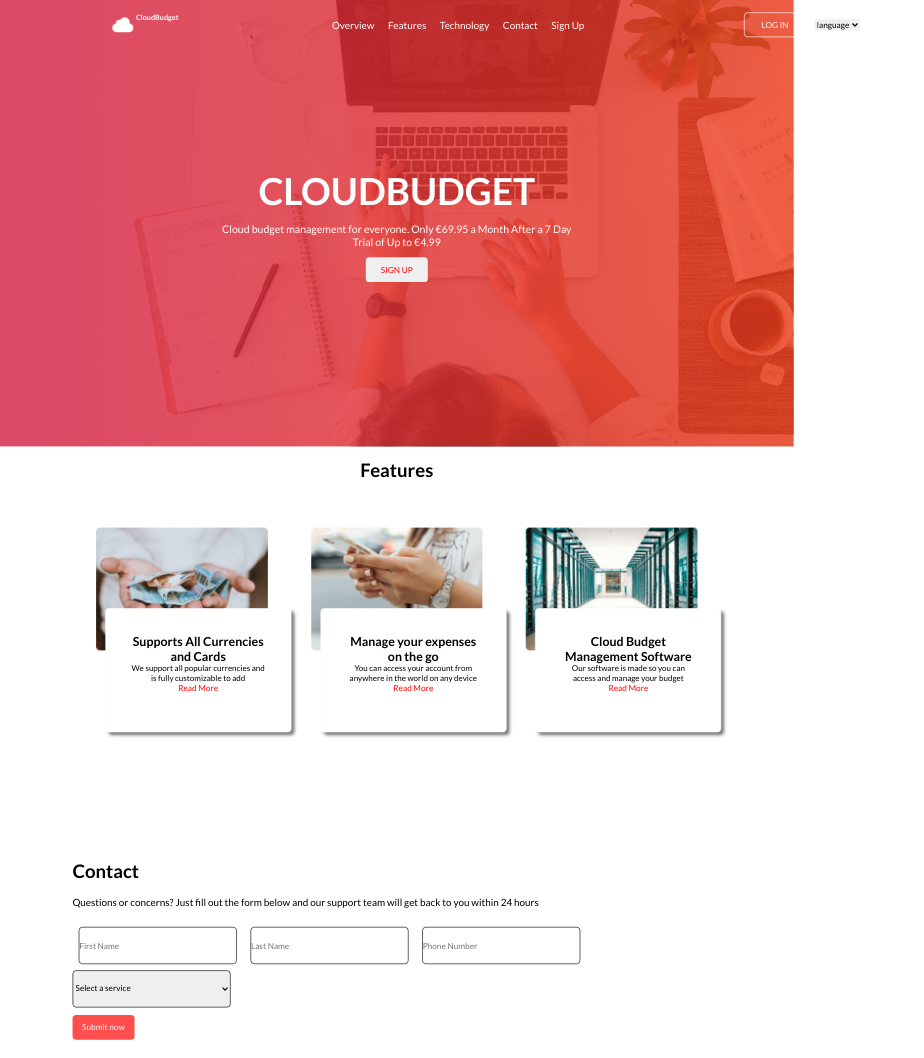
Repository: havvanurrana/website3
Page: index.html
The author's editor kept a copy of each file at every save. The page is drawn from the files as they stood at one save, then again after the next save.
The browser window is 1280 px wide. The page is 1490 px wide, so the pictures cover 1490 px, including what lies to the right of the window. The pictures show the whole page, at 62% of full size.

Above is the page before, as saved 2024-08-01 20:55:01.

### index.html
<!DOCTYPE html>
<html lang="tr">
  <head>
    <meta charset="UTF-8" />
    <meta name="viewport" content="width=device-width, initial-scale=1.0" />
    <title>CloudBudget</title>
    <link rel="stylesheet" href="style.css" />
    <link
      rel="stylesheet"
      href="https://cdnjs.cloudflare.com/ajax/libs/font-awesome/6.5.2/css/all.min.css"
      integrity="sha512-SnH5WK+bZxgPHs44uWIX+LLJAJ9/2PkPKZ5QiAj6Ta86w+fsb2TkcmfRyVX3pBnMFcV7oQPJkl9QevSCWr3W6A=="
      crossorigin="anonymous"
      referrerpolicy="no-referrer"
    />
    <link
      href="https://fonts.googleapis.com/css2?family=Lato:wght@400;700&display=swap"
      rel="stylesheet"
    />
  </head>
  <body>
    <section class="overview-section">
        <div class="linear-gradient"></div>
        <div class="content">
            <h3>CLOUDBUDGET</h3>
            <p>
                Cloud budget management for everyone. Only €69.95 a Month After a 7
                Day Trial of Up to €4.99
            </p>
            <button>SIGN UP</button>
        </div>
    </section>
    <header class="header-menu">
        <div class="markaamblem">
            <img src="assets/cloud.png" />
            <h3>CloudBudget</h3>
        </div>
        <nav class="navbar">
            <a href="#" class="navbarsect">Overview</a>
            <a href="#" class="navbarsect">Features</a>
            <a href="#" class="navbarsect">Technology</a>
            <a href="#" class="navbarsect">Contact</a>
            <a href="#" class="navbarsect">Sign Up</a>
        </nav>
        <div class="buttons">
            <button>LOG IN</button>
            <button>
                <select id="language" name="language">
                    <option value="">language</option>
                    <option value="uk">UK</option>
                    <option value="turk">Turkish</option>
                    <option value="sp">Spanish</option>
                    <option value="fr">French</option>
                </select>
            </button>
                <div class="toggle-menu">
                    <button>
                        <i class="fas fa-bars"></i>
                    </button>
                </div>
        </div>
    </header>

    <!--features kısmı -->
    <div class="featureshead">
        <h1>Features</h1>
    </div>
    <div class="features">
        <div class="featuressection">
            <div class="img">
                <img src="../assets/money.png" />
            </div>
            <div class="featurescard">
                <div>
                    <h1>Supports All Currencies and Cards</h1>
                </div>
                <div>
                    <p>
                        We support all popular currencies and is fully customizable to add
                    </p>
                </div>
                <button>Read More</button>
            </div>
      </div>
      <div class="featuressection">
          <div>
                <div class="img">
                    <img src="../assets/hand.png" />
                </div>
                <div class="featurescard">
                    <h1>Manage your expenses on the go</h1>
                        <p>
                          You can access your account from anywhere in the world on any
                          device
                        </p>
                    <button>Read More</button>
                </div>
            </div>
      </div>
          <div class="featuressection">
              <div>
                    <div class="img">
                        <img src="../assets/building.png" />
                    </div>
                    <div class="featurescard">
                          <h1>Cloud Budget Management Software</h1>
                          <p>Our software is made so you can access and manage your budget</p>
                          <button>Read More</button>
                    </div>
              </div>
          </div>
    </div>
    <!--contact kısmı-->
    <section >
        <div class="contact">
        <div class="contact-text">
            <h1>Contact</h1>
            <br><br>
            <p>
              Questions or concerns? Just fill out the form below and our support
              team will get back to you within 24 hours
            </p>
        </div>
        <div class="input">
            <input
            type="text"
            id="username"
            name="username"
            placeholder="First Name"
            />
            <input
            type="text"
            id="username"
            name="username"
            placeholder="Last Name"
            />
            <input
            type="text"
            id="username"
            name="username"
            placeholder="Phone Number"
            />

            <select id="service" name="service">
            <option value="">Select a service</option>
            <option value="service1">Service 1</option>
            <option value="service2">Service 2</option>
            <option value="service3">Service 3</option>
            <option value="service4">Service 4</option>
            </select>
            <br><br>
            <button>Submit now</button>
        </div>
    </div>
    </section>
    <script>
    </script>
  </body>
</html>

### style.css
/* genel*/
*{
   margin:0;
   padding: 0;
   box-sizing: border-box;
   outline: none;
   border: none;
   text-decoration: none;
   font-family: Lato;
}

html {
    font-size: 62.5%;
    overflow-x: hidden;
    scroll-behavior: smooth;
    scroll-padding-top: 9rem ;
 }
h1{
   font-size: 30px;
}
 /* header menu ve  amblem ve ilk ekran cssleri*/

.markaamblem{
   display: flex;
   justify-content: flex-start;
   color: white;
}

.header-menu{
   width: 1400px;
   display: flex;
   justify-content: space-between;
   align-items: center ;
   padding: 0 7%;
   margin: 2rem 7%;
   z-index: 3;
   top: 0;
   position:absolute;
}
.header-menu .markaamblem img{
   height: 4rem;
}
.header-menu .navbar a{
   margin: 0 1rem;
   font-size: 1.6rem;
   color: white;
   z-index: 2;
}
  .header-menu button{
   border: 1px , solid, rgb(255, 255, 255);
   border-radius: 6px;
   color:rgb(255, 255, 255);
   width: 100px;
   height: 40px;
   gap: 0px;
   background-color: transparent;
}
 .header-menu .buttons{
   padding-left: 10px;
   left: 1000px;
   display: flex;
   justify-content: flex-end;
 /* position: absolute;*/
}
.overview-section{
   min-height: 100vh;
   display: flex;
   text-align: center;
   align-items: center;
   justify-content: center;
   background:  url(../assets/image1.png)
   no-repeat;
   background-size: cover;
  /* margin-top: -9.5rem;*/
}

.overview-section .content {
   max-width: 60rem;
   margin: 0.5rem;
   z-index: 2;
}
.overview-section .content h3{
   font-size: 6rem;
   margin: 0.5rem;
   color: white;
}
.overview-section .content p{
   font-size: 1.7rem;
   margin: 1.5rem;
   color: white;
}
.overview-section .content button{
   border:1px;
   width: 100px;
   height: 40px;
   border-radius: 6px;
   color: red;

}

.linear-gradient{
   min-height: 100vh;
   width: 100%;
   display: flex;
   z-index: 1;
   background: linear-gradient(90deg, rgba(213, 32, 71, 0.8) 0%, rgba(238, 61, 27, 0.8) 100%);
   position: absolute;
}

/* features kısmı*/
/* başlık*/
.featureshead{
   text-align: center;
   justify-content: center;
   margin: 1rem;
   padding: 1rem;
}
/* Kartlar*/
.features{
   display: grid;
   grid-template-columns: repeat(auto-fit, minmax(30rem, 1fr));
   margin:3rem;
   padding: 0 7%;
}
.featurescard{
   border-radius:0.6rem;
   border: 1px, solid, rgb(255, 255, 255);
   width: 30rem;
   height: 20rem;
   text-align: center;
   justify-content: center;
   align-items: center;
   padding: 4rem;
   margin: 3rem;
   background-color: white;
   transform: translate(-5%,-50%);
   box-shadow: 5px 5px 5px rgba(0, 0, 0,0.5);
}
.featuressection{
   justify-content: center;
   align-items: center;
   margin: 1rem;
   padding: 2.5rem;
}
.features img{
   width: 100%;
   object-fit: cover;
}
.featurescard h1{
   font-size: 2rem;
}
.featurescard p{
   font-size: 1.3rem;
}
.featurescard button{
   border: none;
   background-color: transparent;
   color: red;
}

/*Contact kısmı */


.contact{
   display: flex;
   flex-direction: column;
  /* text-align: center;*/
   justify-content: space-between;
   margin: 2rem;
}
.contact div{

   align-items: center;
   padding: 0 7%;
   margin: 1rem;
}
.contact h1{
   font-size: 30px;
}
.contact p{
   font-size: 16px;
}
/*.contact-text{
   width: 60%;
   height: 700px;
}*/
input{
   width: 255px;
   height: 60px;
   border: 1px, solid, black;
   border-color: rgb(0, 0, 0);
   border-radius: 6px;
   margin: 1rem;
}
.contact select{
   width: 255px;
   height: 60px;
   border: 1px, solid, black;
   border-color: rgb(0, 0, 0);
   border-radius: 6px;
}
.contact button{
   width: 100px;
   height: 40px;
   border-radius: 6px;
   color: white;
   background-color: rgb(254, 78, 78);
}


/* toggle menu ve responsive kısım*/

.toggle-menu {
   display: none;
}
 /*
@media (max-width: 1200px) {
   .navbar {
       display: none;
   }
   .toggle-menu {
       display: block;
       left: 90%;
       position: absolute;
   }
   .contact {
      flex-direction: column;
      align-items: center;
}

.contact-text, .contact div {
      width: 100%;
      padding: 0;
      margin: 1rem 0;
}

.toggle-menu.active + .navbar {
   display: flex;
   flex-direction: column;
   position: absolute;
   top: 100%;
   left: 0;
   right: 0;
   background-color: #333;
   z-index: 1;
}

.toggle-menu button {
   background: none;
   border: none;
   color: white;
   font-size: 2rem;
}

}*/

After the next save:
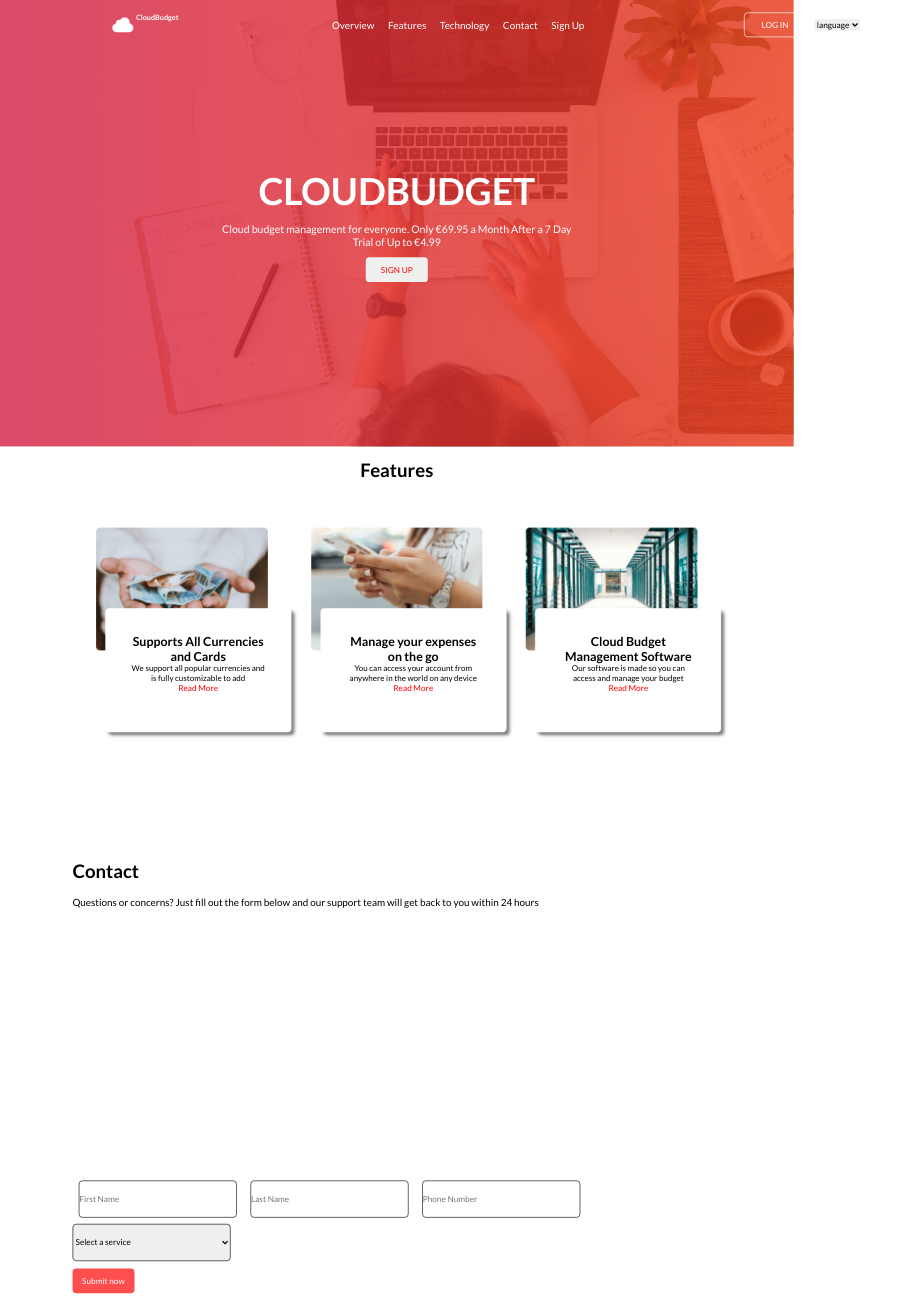
Saved 15 min 43 s later.
--- a/style.css
+++ b/style.css
@@ -167,6 +167,7 @@ h1{
   /* text-align: center;*/
    justify-content: space-between;
    margin: 2rem;
+   min-height: 100vh;
 }
 .contact div{
 
